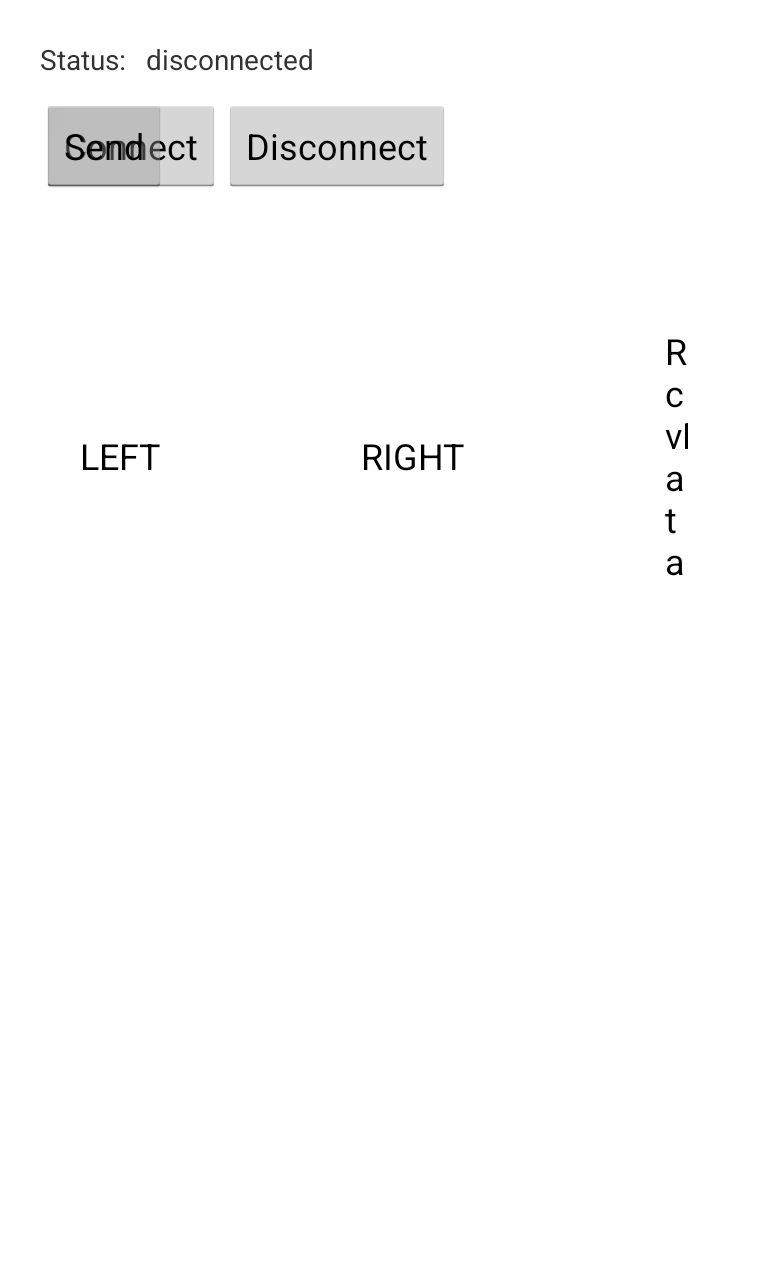
Repository: bigw00d/BleSampleRep
Layout: Android/BleSample2/res/layout/activity_main.xml
These files come from the project's save history. The layout is drawn as it stood at one moment and after the next save; the edit follows.
It is drawn on a 768 x 1280 px phone screen (xhdpi) without system bars, with theme AppTheme; the app's code is not run.

Above is the layout before, as saved 2015-08-13 04:38:49.

### Android/BleSample2/res/layout/activity_main.xml
<?xml version="1.0" encoding="utf-8"?>
<RelativeLayout xmlns:android="http://schemas.android.com/apk/res/android"
              android:layout_width="match_parent"
              android:layout_height="match_parent"
              android:padding="20dp">

    <TextView
            android:layout_width="wrap_content"
            android:layout_height="wrap_content"
            android:text="Status:"
            android:layout_alignParentLeft="true"
            android:layout_marginLeft="0dp"
            android:layout_alignParentTop="true"
            android:layout_marginTop="0dp"
            android:id="@+id/textView"/>

    <TextView
            android:layout_width="wrap_content"
            android:layout_height="wrap_content"
            android:text="disconnected"
            android:id="@+id/text_status"
            android:layout_alignParentTop="true"
            android:layout_toRightOf="@+id/textView"
            android:layout_marginLeft="10dp"/>

    <Button
            android:layout_width="wrap_content"
            android:layout_height="wrap_content"
            android:text="Connect"
            android:id="@+id/btn_connect"
            android:layout_marginTop="10dp"
            android:layout_below="@id/textView"
            android:layout_alignLeft="@id/textView"/>

    <Button
            android:layout_width="wrap_content"
            android:layout_height="wrap_content"
            android:text="Disconnect"
            android:id="@+id/btn_disconnect"
            android:layout_alignTop="@+id/btn_connect"
            android:layout_toRightOf="@id/btn_connect"/>

    <Button
            android:layout_width="wrap_content"
            android:layout_height="wrap_content"
            android:text="Send"
            android:id="@+id/btn_send"
            android:layout_marginTop="10dp"
            android:layout_below="@id/textView"
            android:layout_alignLeft="@id/textView"/>

<LinearLayout
            android:layout_width="wrap_content"
            android:layout_height="wrap_content"
            android:layout_below="@+id/btn_connect"
            android:layout_centerHorizontal="true"
            android:layout_marginTop="46dp">

        <TextView
                android:layout_width="wrap_content"
                android:layout_height="wrap_content"
                android:textAppearance="?android:attr/textAppearanceMedium"
                android:text="LEFT"
                android:id="@+id/left"
                android:layout_gravity="center"
                android:padding="20dp"/>

        <View android:layout_width="60dp"
              android:layout_height="match_parent"/>

        <TextView
                android:layout_width="wrap_content"
                android:layout_height="wrap_content"
                android:textAppearance="?android:attr/textAppearanceMedium"
                android:text="RIGHT"
                android:id="@+id/right"
                android:layout_gravity="center"
                android:padding="20dp"/>

        <View android:layout_width="60dp"
              android:layout_height="match_parent"/>

        <TextView
                android:layout_width="wrap_content"
                android:layout_height="wrap_content"
                android:textAppearance="?android:attr/textAppearanceMedium"
                android:text="RcvData"
                android:id="@+id/rcv_data"
                android:layout_gravity="center"
                android:padding="20dp"/>
        </LinearLayout>
</RelativeLayout>

Loaded but not shown: Android/BleSample2/res/values/styles.xml (common file); Android/BleSample2/res/values-v11/styles.xml (common file); Android/BleSample2/res/values-v14/styles.xml (common file)

After the next save:
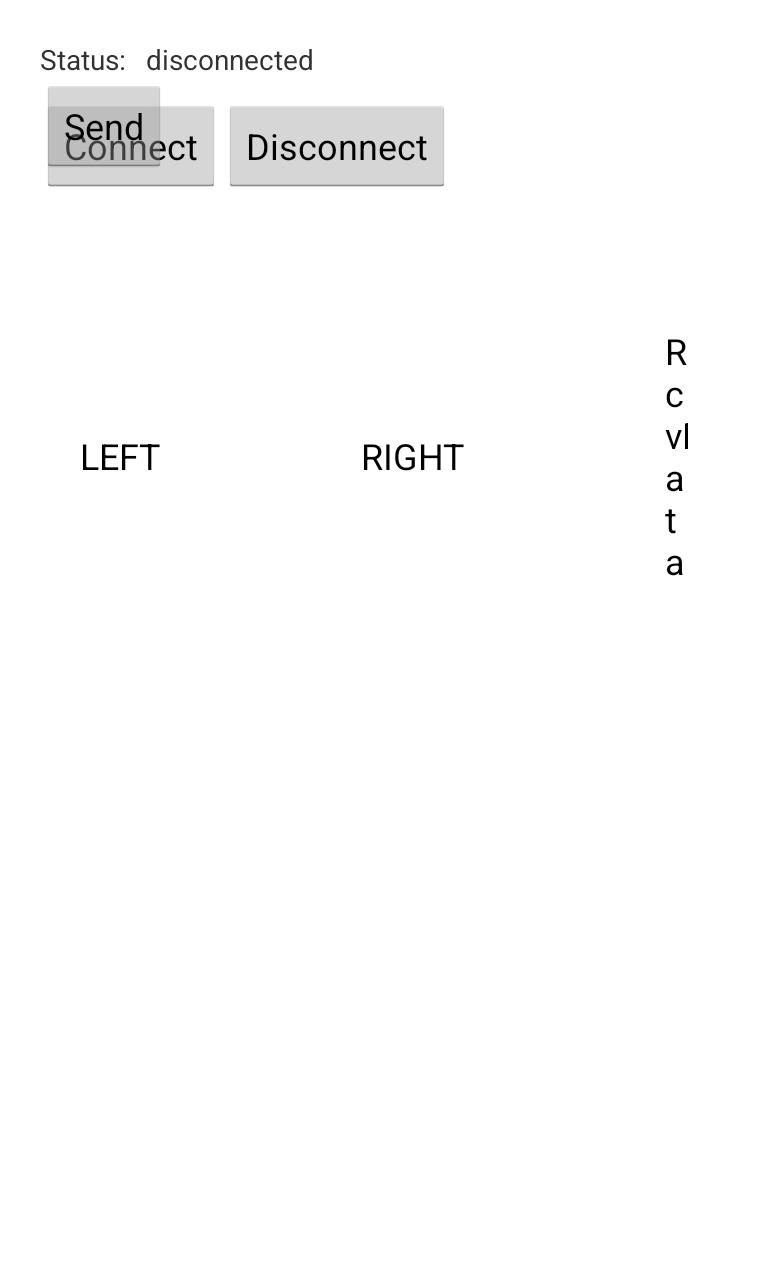
Saved 8 min 5 s later.
--- a/Android/BleSample2/res/layout/activity_main.xml
+++ b/Android/BleSample2/res/layout/activity_main.xml
@@ -45,7 +45,6 @@
             android:layout_height="wrap_content"
             android:text="Send"
             android:id="@+id/btn_send"
-            android:layout_marginTop="10dp"
             android:layout_below="@id/textView"
             android:layout_alignLeft="@id/textView"/>
 
